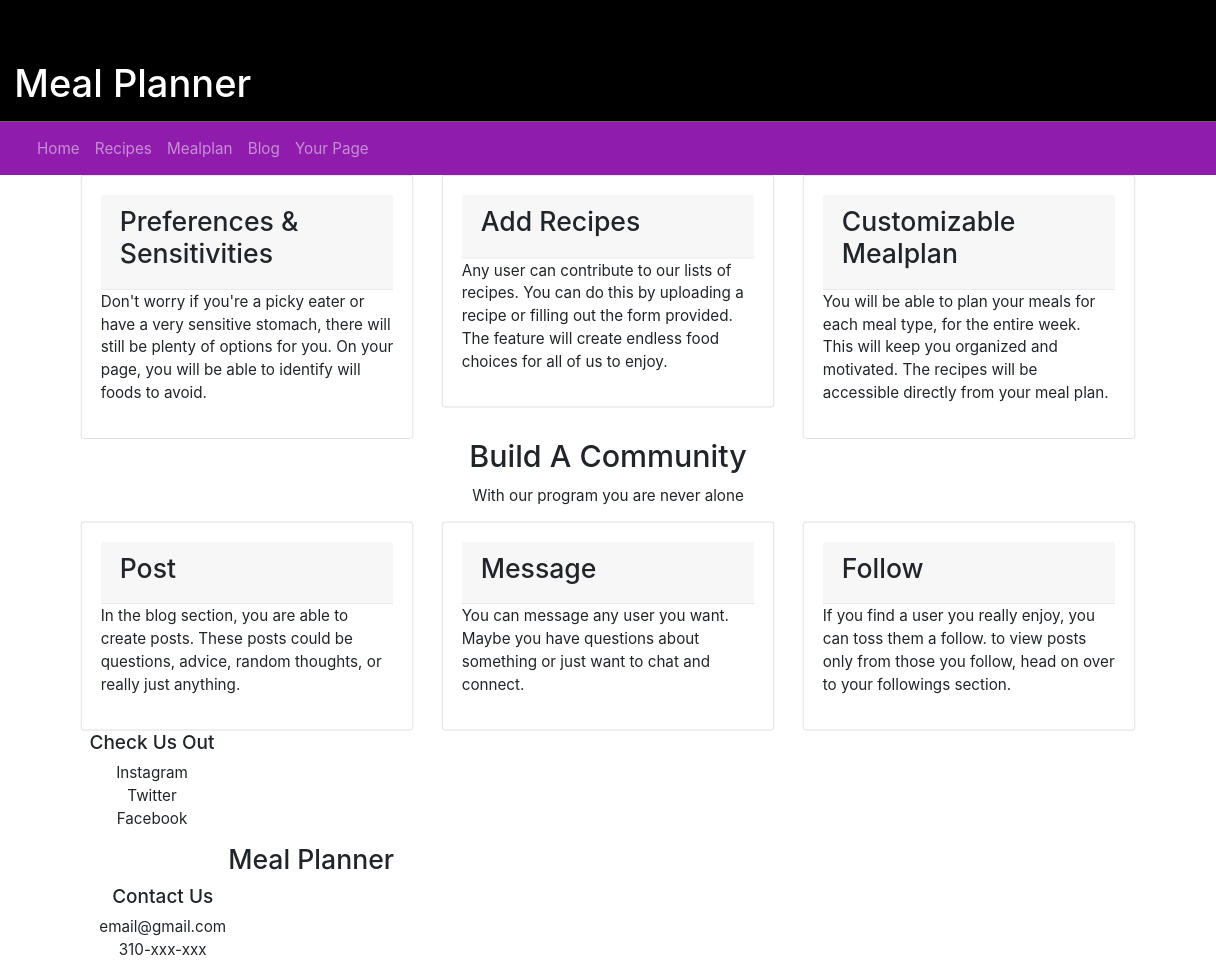
Repository: madisonisfan/mealplanner-react
Page: /
An editor plug-in stored every save of this project. The page is shown before and after the next save, followed by the edit.
The browser window is 1280 px wide. The pictures show the whole page, at 95% of full size.
The project was rebuilt for these pictures with package versions that can differ from the ones it lists, and the page was loaded fresh each time.

Above is the page before, as saved 2021-04-18 14:01:34.

### src/App.js
import React, { Component } from "react";
import "./App.css";
import Main from "./components/MainComponent";
import { BrowserRouter } from "react-router-dom";

class App extends Component {
  render() {
    return (
      <BrowserRouter>
        <div className="App">
          <Main />
        </div>
      </BrowserRouter>
    );
  }
}

export default App;

### src/App.css
.jumbotron {
  height: 100px;
  margin: 0px !important;
  background-color: black !important;
  color: white;
}

.navbar {
  background-color: #901cad;
  color: white;
}

### src/components/MainComponent.js
import React, { Component } from "react";
import Home from "./HomeComponent";
import MainHeader from "./HeaderComponent";
import Footer from "./FooterComponent";
import { Switch, Route, Redirect } from "react-router-dom";

class Main extends Component {
  constructor(props) {
    super(props);
    this.state = {};
  }

  render() {
    return (
      <React.Fragment>
        <MainHeader />
        <Switch>
          <Route path="/home" component={Home} />
          <Redirect to="/home" />
        </Switch>
        <Footer />
      </React.Fragment>
    );
  }
}
export default Main;

### src/components/HomeComponent.js
import React from "react";
import {
  Card,
  CardHeader,
  CardImg,
  CardText,
  CardBody,
  CardTitle,
} from "reactstrap";

function Home(props) {
  return (
    <div className="container">
      <div className="row">
        <div className="col">
          <Card>
            <CardBody>
              <CardHeader>
                <h3>Preferences & Sensitivities</h3>
              </CardHeader>
              <p>
                Don't worry if you're a picky eater or have a very sensitive
                stomach, there will still be plenty of options for you. On your
                page, you will be able to identify will foods to avoid.
              </p>
            </CardBody>
          </Card>
        </div>
        <div className="col">
          <Card>
            <CardBody>
              <CardHeader>
                <h3>Add Recipes</h3>
              </CardHeader>
              <p>
                Any user can contribute to our lists of recipes. You can do this
                by uploading a recipe or filling out the form provided. The
                feature will create endless food choices for all of us to enjoy.
              </p>
            </CardBody>
          </Card>
        </div>
        <div className="col">
          <Card>
            <CardBody>
              <CardHeader>
                <h3>Customizable Mealplan</h3>
              </CardHeader>
              <p>
                You will be able to plan your meals for each meal type, for the
                entire week. This will keep you organized and motivated. The
                recipes will be accessible directly from your meal plan.
              </p>
            </CardBody>
          </Card>
        </div>
      </div>
      {/*row*/}

      <div className="row">
        <div className="col-12 text-center">
          <h2>Build A Community</h2>
          <p>With our program you are never alone</p>
        </div>
      </div>

      <div className="row">
        <div className="col">
          <Card>
            <CardBody>
              <CardHeader>
                <h3>Post</h3>
              </CardHeader>
              <p>
                In the blog section, you are able to create posts. These posts
                could be questions, advice, random thoughts, or really just
                anything.
              </p>
            </CardBody>
          </Card>
        </div>
        <div className="col">
          <Card>
            <CardBody>
              <CardHeader>
                <h3>Message</h3>
              </CardHeader>
              <p>
                You can message any user you want. Maybe you have questions
                about something or just want to chat and connect.
              </p>
            </CardBody>
          </Card>
        </div>
        <div className="col">
          <Card>
            <CardBody>
              <CardHeader>
                <h3>Follow</h3>
              </CardHeader>
              <p>
                If you find a user you really enjoy, you can toss them a follow.
                to view posts only from those you follow, head on over to your
                followings section.
              </p>
            </CardBody>
          </Card>
        </div>
      </div>
    </div>
  );
}

export default Home;

### src/components/HeaderComponent.js
import React, { Component } from "react";
import {
  Jumbotron,
  Navbar,
  NavbarBrand,
  NavItem,
  NavLink,
  NavbarToggler,
  Collapse,
  Nav,
} from "reactstrap";

function MainHeader(props) {
  return (
    <React.Fragment>
      <Jumbotron fluid>
        <div className="container-fluid">
          <div className="row  align-items-center">
            <div className="col">
              <h1>Meal Planner</h1>
            </div>
          </div>
        </div>
      </Jumbotron>
      <MainNav />
    </React.Fragment>
  );
}

class MainNav extends Component {
  constructor(props) {
    super(props);
    this.state = {
      isNavOpen: true,
    };
  }
  toggleNav() {
    this.setState({ isNavOpen: !this.state.isNavOpen });
  }

  render() {
    return (
      <Navbar dark sticky="top" expand="md">
        <div className="container-fluid">
          <NavbarToggler isClick={this.toggleNav}></NavbarToggler>
          <Collapse isOpen={this.state.isNavOpen} navbar>
            <Nav navbar>
              <NavItem>
                <NavLink className="nav-link" to="/home">
                  Home
                </NavLink>
              </NavItem>
              <NavItem>
                <NavLink className="nav-link" to="/recipes">
                  Recipes
                </NavLink>
              </NavItem>
              <NavItem>
                <NavLink className="nav-link" to="/mealplan">
                  Mealplan
                </NavLink>
              </NavItem>
              <NavItem>
                <NavLink className="nav-link" to="/blog">
                  Blog
                </NavLink>
              </NavItem>
              <NavItem>
                <NavLink className="nav-link" to="/yourpage">
                  Your Page
                </NavLink>
              </NavItem>
            </Nav>
          </Collapse>
        </div>
      </Navbar>
    );
  }
}

export default MainHeader;

### src/components/FooterComponent.js
import React from "react";

function Footer(props) {
  return (
    <footer>
      <div className="container-fluid">
        <div className="row">
          <div className="col col-sm-3 text-center">
            <h5>Check Us Out</h5>
            <ul class="list-unstyled">
              <li>Instagram</li>
              <li>Twitter</li>
              <li>Facebook</li>
            </ul>
          </div>
        </div>

        <div class="col-6 text-center d-none d-sm-block">
          <h3>Meal Planner</h3>
        </div>

        <div class="col col-sm-3 text-center">
          <h5>Contact Us</h5>
          <ul class="list-unstyled">
            <li>
              <a>email@gmail.com</a>
            </li>
            <li>
              <a>310-xxx-xxx</a>
            </li>
          </ul>
        </div>
      </div>
      {/*Container */}
    </footer>
  );
}

export default Footer;

Loaded but not shown: public/index.html (common file); src/index.js (common file); src/index.css (common file); src/reportWebVitals.js (common file)

After the next save:
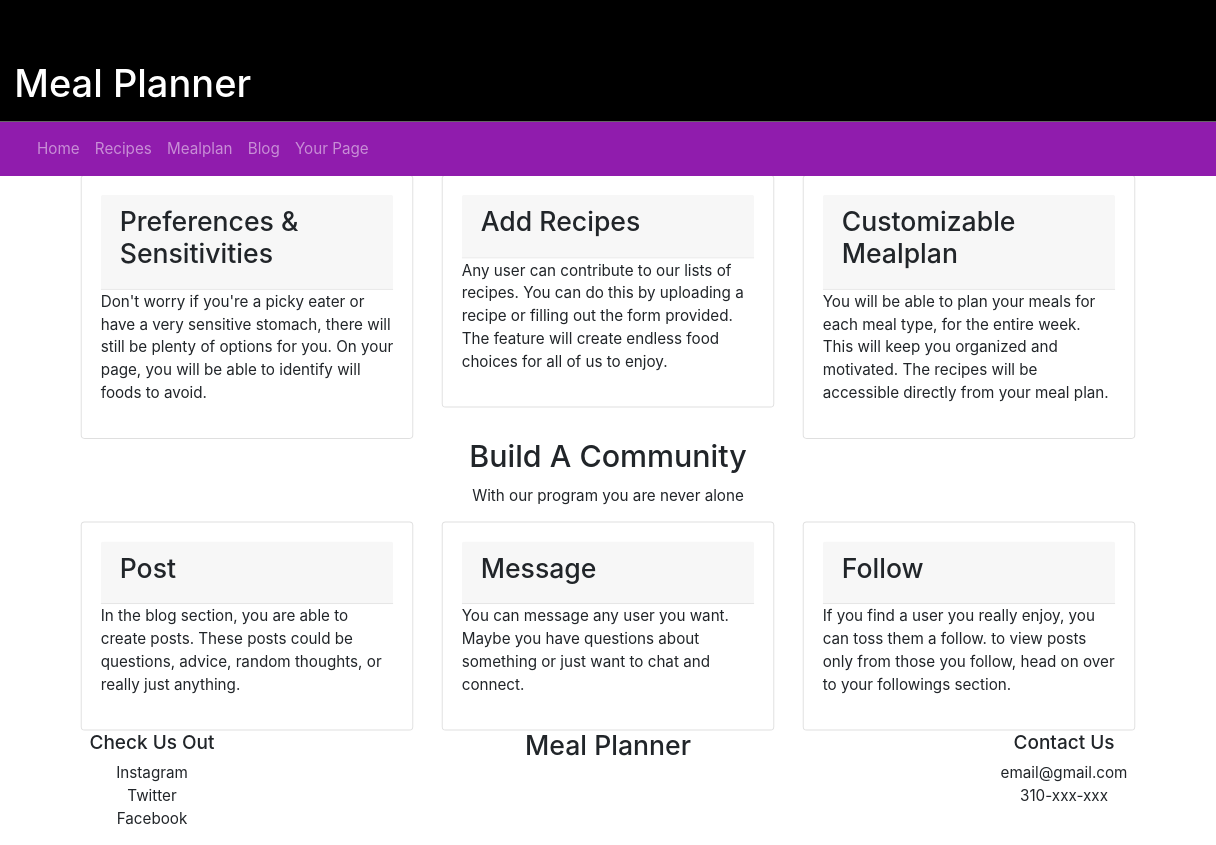
Saved 2 min 12 s later.
--- a/src/components/FooterComponent.js
+++ b/src/components/FooterComponent.js
@@ -13,22 +13,22 @@ function Footer(props) {
               <li>Facebook</li>
             </ul>
           </div>
-        </div>
 
-        <div class="col-6 text-center d-none d-sm-block">
-          <h3>Meal Planner</h3>
-        </div>
+          <div class="col-6 text-center d-none d-sm-block">
+            <h3>Meal Planner</h3>
+          </div>
 
-        <div class="col col-sm-3 text-center">
-          <h5>Contact Us</h5>
-          <ul class="list-unstyled">
-            <li>
-              <a>email@gmail.com</a>
-            </li>
-            <li>
-              <a>310-xxx-xxx</a>
-            </li>
-          </ul>
+          <div class="col col-sm-3 text-center">
+            <h5>Contact Us</h5>
+            <ul class="list-unstyled">
+              <li>
+                <a>email@gmail.com</a>
+              </li>
+              <li>
+                <a>310-xxx-xxx</a>
+              </li>
+            </ul>
+          </div>
         </div>
       </div>
       {/*Container */}
